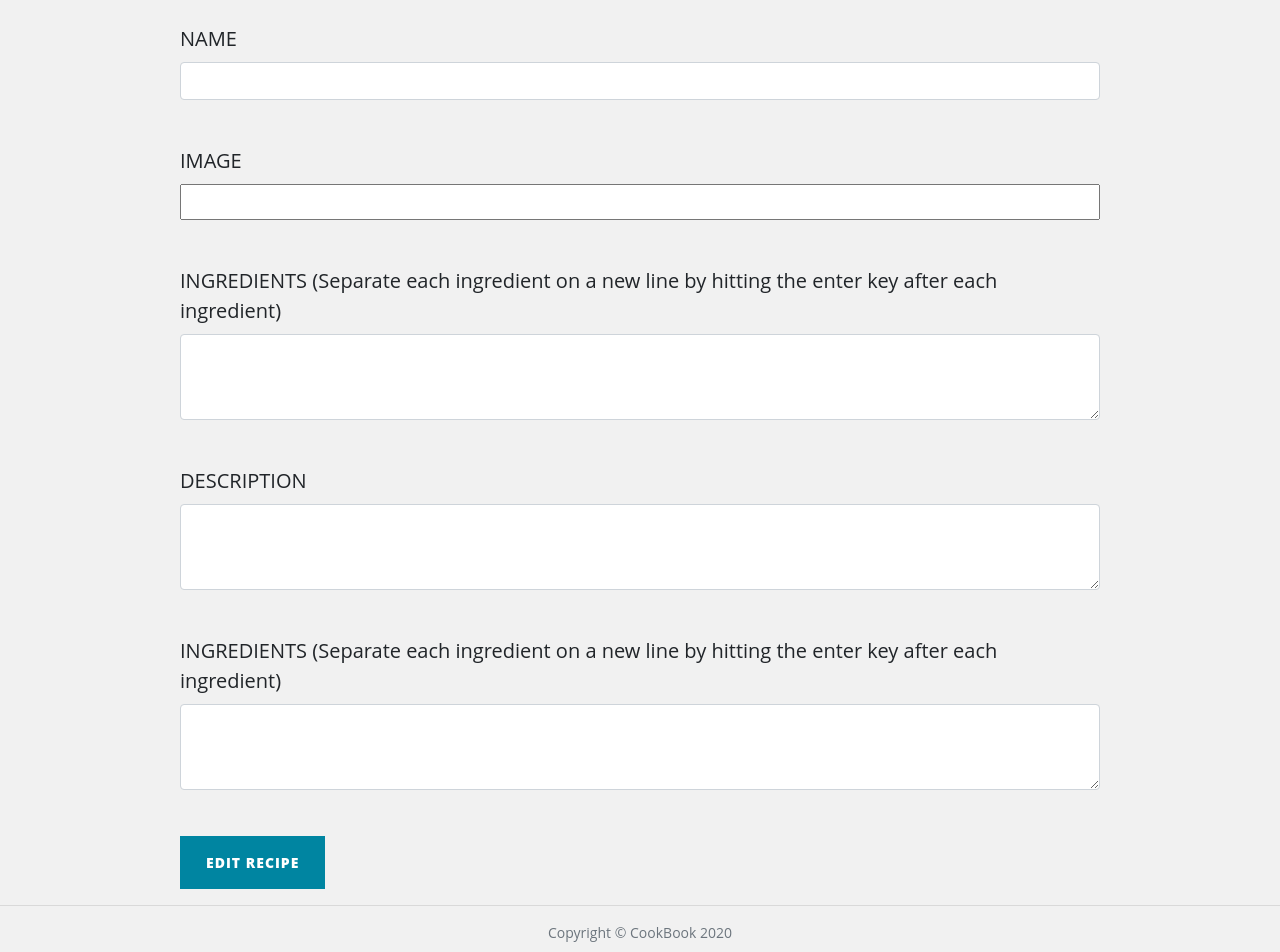
Repository: EricGaona/PracticalPythonDataCentricMilestoneProject
Page: templates/edit_recipe.html
The author's editor kept a record of every edit. The page is drawn from the files as they stood at one moment, then again after the next edit.
The browser window is 1280 px wide. The pictures show the part of the page from y = 984 to 1936 px (the page is 1936 px tall).
The page is served by the project's application, run on Flask 3 (app.py). Other server files are loaded and not shown. The template is opened directly, without the code that normally fills it, so the values that code supplies are empty.

Above is the page before.

### templates/edit_recipe.html
{% extends 'base.html' %}
{% block content%}
<h2>{{ page_title }}</h2>
<div class="row featurette">


    <form action="{{ url_for('update_recipe', recipe_id=recipe._id) }}" method="POST" class="col-lg-12 col-md-12 mx-auto">

       <label>CATEGORY</label>
       <div class="form-check">

        {% for cat in categories %}
          {% if cat.category_name == recipe.category_name %}
        <input class="form-check-input" type="radio" name="category_name" id="category" value="{{cat.category_name}}" checked>

        <label class="form-check-label" for="exampleRadios1">
             {{cat.category_name}}
        </label><br>
          {% else %}
             <input class="form-check-input" type="radio" name="category_name" id="category" value="{{cat.category_name}}" >

        <label class="form-check-label" for="exampleRadios1">
             {{cat.category_name}}
          </label><br>
          {% endif %}
        {% endfor %}
     </div>
     <br>
  <div class="form-group">
    <label for="name">NAME</label>

     {% if errorName %}
      <input type="text" class="form-control" id="name" name="name" required>
      <span class="error_conf">{{ errorName }}</span>

      {% else %}
      <input type="text" class="form-control" id="name" name="name" value="{{recipe.name}}" required>

      {% endif %}
  </div>
  <br>
  <div class="form-group">
    <label for="image">IMAGE</label>
    <input type="url" class="form-control-file" id="image" name="image" value="{{recipe.image}}" required>
  </div>
  <br>
  <div class="form-group">
    <label for="ingredient">INGREDIENTS (Separate each ingredient on a new line by hitting the enter key after each ingredient)</label>
    {% if errorIngredient %}
    <textarea class="form-control" id="ingredient" name="ingredient" rows="3" required></textarea>
    <span class="error_conf">{{ errorIngredient }}</span>
     {% else %}
      <textarea class="form-control" id="ingredient" name="ingredient" rows="3" value="{{recipe.ingredient}}" required>{{recipe.ingredient}}</textarea>

      {% endif %}
  </div>
  <br>
  <div class="form-group">
    <label for="description">DESCRIPTION</label>
     {% if errorDescription %}
    <textarea class="form-control" id="description" name="description" rows="3" required></textarea>
     <span class="error_conf">{{ errorDescription }}</span>

      {% else %}
      <textarea class="form-control" id="description" name="description" rows="3" value="{{recipe.description}}" required>{{recipe.description}}</textarea>
      {% endif %}
  </div>
   <br>

   <div class="form-group">
    <label for="ingredient">INGREDIENTS (Separate each ingredient on a new line by hitting the enter key after each ingredient)</label>
    {% if errorIngredient %}
    <textarea class="form-control" id="ingredient" name="ingredient" rows="3" required></textarea>
    <span class="error_conf">{{ errorIngredient }}</span>
     {% else %}
      <textarea class="form-control" id="ingredient" name="ingredient" rows="3" value="{{recipe.ingredient}}" required>{{recipe.ingredient}}</textarea>

      {% endif %}
  </div>
  <br>

  <button type="submit" class="btn btn-primary" >Edit Recipe</button>
</form>

</div>
{% endblock %}

### templates/base.html
<!DOCTYPE html>
<html lang="en">
<head>
    <meta charset="UTF-8">
    <meta name="viewport" content="width=device-width, initial-scale=1.0">
    <meta http-equiv="X-UA-Compatible" content="ie=edge">
    <link href="{{ url_for('static', filename='vendor/bootstrap/css/bootstrap.min.css') }}" rel="stylesheet">
    <link rel="stylesheet" href="{{ url_for('static', filename='css/clean-blog.min.css') }}" type="text/css" />
    <link rel="stylesheet" href="{{ url_for('static', filename='css/style.css') }}" type="text/css" />
    <title>BookCook_Base</title>
</head>
<body>

     <!-- Navigation -->
    <nav class="navbar navbar-expand-lg navbar-light fixed-top" id="mainNav">
        <div class="container">
            <a class="navbar-brand" href="{{ url_for('index') }}">CookBook</a>
            <button class="navbar-toggler navbar-toggler-right" type="button" data-toggle="collapse" data-target="#navbarResponsive" aria-controls="navbarResponsive" aria-expanded="false" aria-label="Toggle navigation">
          Menu
          <i class="fa fa-bars"></i>
        </button>
            <div class="collapse navbar-collapse" id="navbarResponsive">
                <ul class="navbar-nav ml-auto">

                    <li class="nav-item">
                        <a class="nav-link" href="{{ url_for('recipes', category='vegan') }}">Vegan</a>
                    </li>

                    <li class="nav-item">
                        <a class="nav-link" href="{{ url_for('recipes', category='vegetarian') }}">Vegetarian</a>
                    </li>

                    <li class="nav-item">
                        <a class="nav-link" href="{{ url_for('share_recipe') }}">Share Recipe</a>
                    </li>

                    <li class="nav-item">
                        <a class="nav-link" href="{{ url_for('cooking_tools') }}">Cooking Tools</a>
                    </li>
                    <li class="nav-item">
                        <a class="nav-link" href="{{ url_for('contact') }}">Contact</a>
                    </li>
                </ul>
            </div>
        </div>
    </nav>

    <!-- Page Header -->
    <header class="masthead" style="background-image: url('https://d6prv7be4nrvy.cloudfront.net/wp-content/uploads/shutterstock_591858074-e1569327663469.jpg')">
        <div class="overlay"></div>
        <div class="container">
            <div class="row">
                <div class="col-lg-8 col-md-10 mx-auto">
                    <div class="site-heading">
                        <h1>Vegetarian <br> & <br> Vegan <br> Recipes</h1>
                        <span class="subheading">Find and share recipes</span>
                    </div>
                </div>
            </div>
        </div>
    </header>

    <!-- Main Content -->
    <div class="container">
         <div class="row featurette">
           <div class="col-lg-10 col-md-10 mx-auto">
              {% block content %} {% endblock %}
           </div>
         </div>
    </div>

    <hr>

    <!-- Footer -->
    <footer>



                    <p class="copyright text-muted">Copyright &copy; CookBook 2020</p>


    </footer>

    <!-- Bootstrap core JavaScript -->
    <script src="{{ url_for('static', filename='vendor/jquery/jquery.min.js') }}"></script>
    <script src="{{ url_for('static', filename='vendor/bootstrap/js/bootstrap.bundle.min.js') }}"></script>

    <!-- Custom scripts for this template -->
    <script src="{{ url_for('static', filename='js/clean-blog.min.js') }}"></script>

  <!--EL SCRIPT DE ABAJO ES PARA EL BOTON DE CONFIRMACION-->
    <script type="text/javascript">
         function confirmedDelete(deleteURL){

             let userConfirmeDelete = confirm("Are you sure you want to delete this recipe?");
             if (userConfirmeDelete){
                 window.location = deleteURL;
             }
         }
    </script>
</body>
</html>

### app.py
import os
from flask import Flask, render_template, redirect, request, url_for, flash, json
from flask_pymongo import PyMongo
from bson.objectid import ObjectId

app = Flask(__name__)
app.secret_key = "some_secret"

app.config["MONGO_DBNAME"] = "recipe"
app.config["MONGO_URI"] = "mongodb+srv://root:r00tUser@myfirstclouster-fth3h.mongodb.net/recipe?retryWrites=true&w=majority"

mongo = PyMongo(app)

@app.route("/")
def index():
    """
    THIS FUNCTION RETRIEVE THE RECIPES FROM THE DATABASE TO BE USED IN THE index.html
    """
    return render_template("index.html", recipes=mongo.db.recipes.find(), page_title="All Recipes")


@app.route("/recipes/<category>")
def recipes(category):
    """
    THIS FUNCTION SEPARATES VEGANS AND VEGETARIAS
    """
    recipes = mongo.db.recipes.find({"category_name": category})

    return render_template("recipe_category.html",
                  recipes=recipes,
                  page_title=category.capitalize()
                 )

@app.route("/share_recipe")
def share_recipe():
    """
    THIS FUNCTION RETRIEVE THE CATEGORIES FROM THE DATABASE TO BE USED IN THE sharerecipe.html
    """
    return render_template("share_recipe.html",
                           categories=mongo.db.categories.find(),
                           page_title="Add Recipe")


@app.route("/insert_recipe", methods=["POST"])
def insert_recipe():
    """
    THIS FUNCTION SEND THE INFORMATION FROM THE share_recipe.html TO THE DATABASE
    AND VALIDATED THE NAME, INGREDIENT AND DESCRIPTION
    """
    recipes = mongo.db.recipes
    name = request.form["name"]
    ingredients = request.form["ingredients"]
    description = request.form["description"]
    error_name = ""
    error_ingredients = ""
    error_description = ""
    error_instructions = ""
    error_found = False

    if len(name) == 0 or len(name) > 30:
        error_found = True
        error_name = "The name should not be empty or longer than 30 characters long."

    if len(ingredients) == 0 or len(ingredients) > 450:
        error_found = True
        error_ingredients = "The ingredient should not be empty or longer than 450 characters long."

    if len(description) == 0 or len(description) > 350:
        error_found = True
        error_description = "The description should not be empty or longer than 350 characters long."

    if len(instructions) == 0 or len(instructions) > 450:
        error_found = True
        error_instructions = "The instructions should not be empty or longer than 350 characters long."

    if error_found:

        return render_template("share_recipe.html", error_name=error_name,
                                error_ingredients=error_ingredients,
                                error_description=error_description,
                                categories=mongo.db.categories.find(),
                                page_title="Add Recipe")
    else:
        recipes.insert_one(request.form.to_dict())
        return redirect(url_for("index"))


@app.route("/edit_recipe/<recipe_id>")
def edit_recipe(recipe_id):
    """
    THIS FUNCTION RETRIEVE THE INFORMATION THAT WILL BE EDIT IN THE editrecipe.html
    """
    the_recipe =  mongo.db.recipes.find_one({"_id": ObjectId(recipe_id)})
    all_categories =  mongo.db.categories.find()
    return render_template("edit_recipe.html", recipe=the_recipe,
                           categories=all_categories,
                           page_title="Edit Recipe")



@app.route("/update_recipe/<recipe_id>", methods=["POST"])
def update_recipe(recipe_id):
    """
    THIS FUNCTION SEND THE NEW INFORMATION FROM editrecipe.html TO THE DATABASE
    """

    the_recipe =  mongo.db.recipes.find_one({"_id": ObjectId(recipe_id)})
    all_categories =  mongo.db.categories.find()
    recipes = mongo.db.recipes
    name = request.form["name"]
    ingredients = request.form["ingredients"]
    description = request.form["description"]
    error_name = ""
    error_ingredients = ""
    error_description = ""
    error_found = False

    if len(name) == 0 or len(name) > 30:
        error_found = True
        error_name = "The name should not be empty or longer than 30 characters long."

    if len(ingredients) == 0 or len(ingredients) > 450:
        error_found = True
        error_ingredients = "The ingredient should not be empty or longer than 450 characters long."

    if len(description) == 0 or len(description) > 350:
        error_found = True
        error_description = "The description should not be empty or longer than 350 characters long."

    if error_found:

        return render_template("edit_recipe.html", recipe=the_recipe, categories=all_categories,
                                error_name=error_name, error_ingredients=error_ingredients,
                                error_description=error_description)
    else:
        recipes.update( {"_id": ObjectId(recipe_id)},
        {
            "category_name":request.form.get("category_name"),
            "name":request.form.get("name"),
            "image":request.form.get("image"),
            "ingredients": request.form.get("ingredients"),
            "description": request.form.get("description")
        })

        return redirect(url_for("index"))


@app.route("/delete_recipe/<recipe_id>")
def delete_recipe(recipe_id):
    """
    THIS FUNCTION DELETE THE RECIPE FROM THE DATABASE
    """
    mongo.db.recipes.remove({"_id": ObjectId(recipe_id)})
    return redirect(url_for("index"))



@app.route("/recipe/<name>")
def recipe(name):
    """
    THIS FUNCTION SHOWS THE SELECTED RECIPE IN recipe_category.html
    """

    return render_template("recipe.html",
                            recipes=mongo.db.recipes.find({"name": name}))


@app.route("/cooking_tools")
def cooking_tools():
    """
    THIS FUNCTION RETRIEVE ALL THE COOKING TOOLS FROM THE cookingtools.json AND SHOWS IN THE cookingtools.html
    """
    data =[]
    with open("data/cooking_tools.json", "r") as json_data:
         data = json.load(json_data)
    return render_template("cooking_tools.html", page_title="Cooking Tools", cookingtools=data)


@app.route("/recipe/<tool>")
def tool_recipe(tool):
    """
    THIS FUNCTION RECEIVES THE TOOL SELECTED IN recipe.html AND SHOWS IN THE tool.html
    """
    item = {}
    with open("data/cooking_tools.json", "r") as json_data:
        data = json.load(json_data)
        for obj in data:
            if obj ["tool"] == tool:
                item = obj

    return render_template("tool.html", item=item)


@app.route("/cooking_tools/<tool>")
def tool_cookingtools(tool):
    """
    THIS FUNCTION RECEIVES THE TOOL SELECTED IN cookingtools.html AND SHOWS IN THE tool.html
    """
    item = {}

    with open("data/cooking_tools.json", "r") as json_data:
        data = json.load(json_data)
        for obj in data:
            if obj ["tool"] == tool:
                item = obj

    return render_template("tool.html", item=item)



@app.route("/contact", methods=["GET", "POST"])
def contact():
    if request.method == "POST":
        flash ("Thanks {}, we have recived your message!".format(request.form["name"]))
    return render_template("contact.html", page_title="Contact")


if __name__ == "__main__":
    app.run(host=os.environ.get("IP"),
            port=int(os.environ.get("PORT")),
            debug=True)

### static/css/style.css
body{
    background-color: #f1f1f1 ;
    font-family: 'Open Sans', sans-serif !important;
}

.btnde{
    margin: 25px 15px;
}
.bdelete{
    background-color: #F28484 ;
    border-color: #F28484 !important;
    cursor: pointer ;
    margin-right: 30px;
}

.bdelete:hover{
    background-color: red !important;
    border-color: red !important;
}
footer{
    height: 30px;
    margin: 0;
    padding: 0;
}
footer p{
    margin: 0;
    padding: 0;
}
.confmes1{
    background-color: #8DF5CE;
    border-radius: 4px;
}

.cont_img{
    width: 250px;
    overflow-x: hidden;
    height: 250px;
    overflow-y: hidden;
}

.cont_img_larg{
    width: 220px;
    overflow-x: hidden;
    height: 250px;
    overflow-y: hidden;
}
.center_a{
   text-decoration: none;
}
.center_a:hover{
   text-decoration: none;
}

.mar_ce_a{
    margin-bottom: 20px;
}
.mar_ce_br{
    margin: 20px 0px;
}
h2{
    margin-bottom: 70px;
}
.error_conf{
    color: white;
    background-color: #F28484;
    border: 1px solid red;
    font-size: 14px;
    border-radius: 4px;
    padding: 5px;
}
.ing_ul{
   list-style: none;
    padding-left: 0px;
}
p{
    margin-top: 0;
}

Loaded but not shown: static/css/clean-blog.min.css (library); static/js/clean-blog.min.js (common file)

After the next edit:
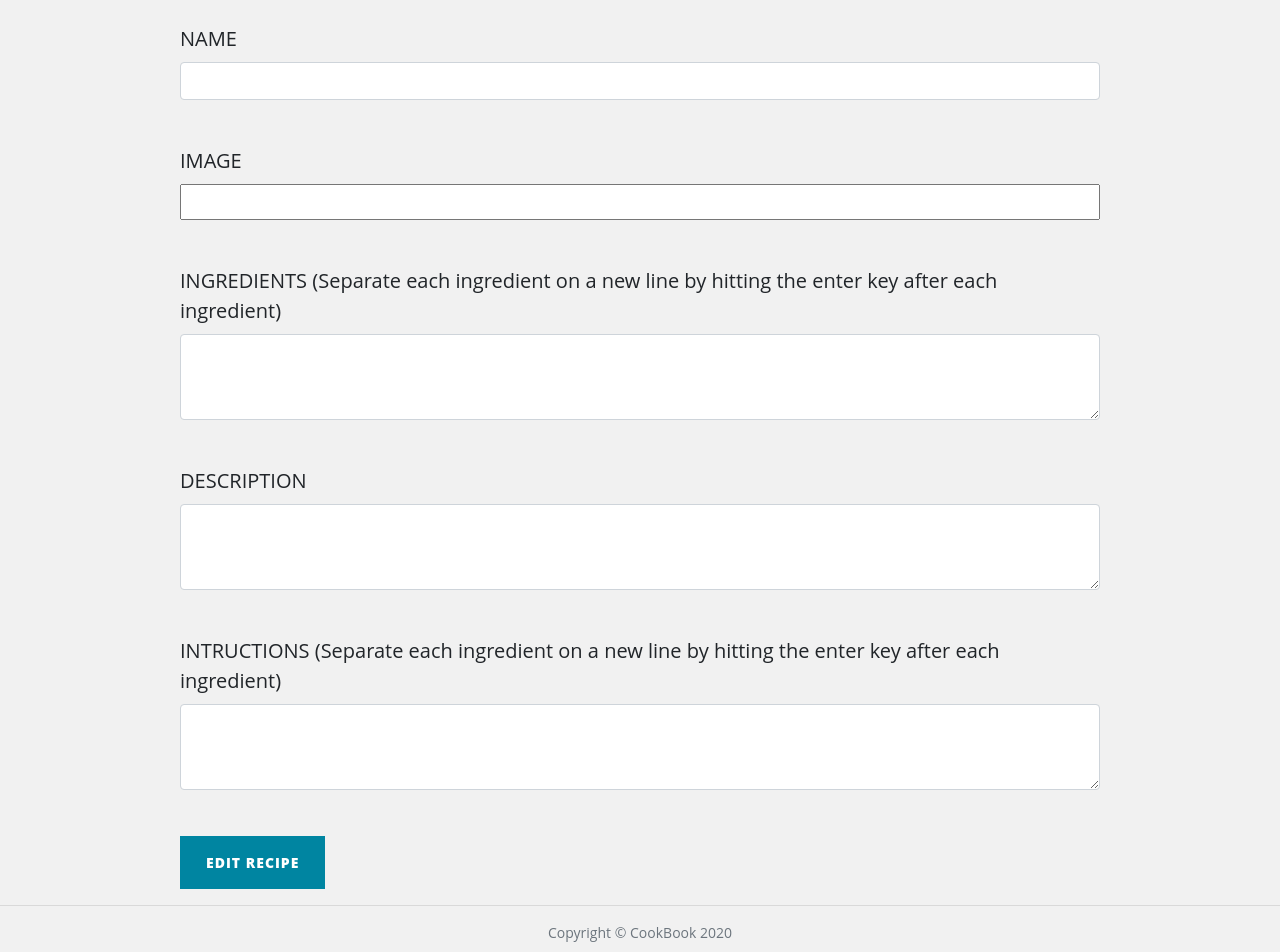
The edit:
--- a/templates/edit_recipe.html
+++ b/templates/edit_recipe.html
@@ -68,7 +68,7 @@
    <br>
 
    <div class="form-group">
-    <label for="ingredient">INGREDIENTS (Separate each ingredient on a new line by hitting the enter key after each ingredient)</label>
+    <label for="ingredient">INTRUCTIONS (Separate each ingredient on a new line by hitting the enter key after each ingredient)</label>
     {% if errorIngredient %}
     <textarea class="form-control" id="ingredient" name="ingredient" rows="3" required></textarea>
     <span class="error_conf">{{ errorIngredient }}</span>
